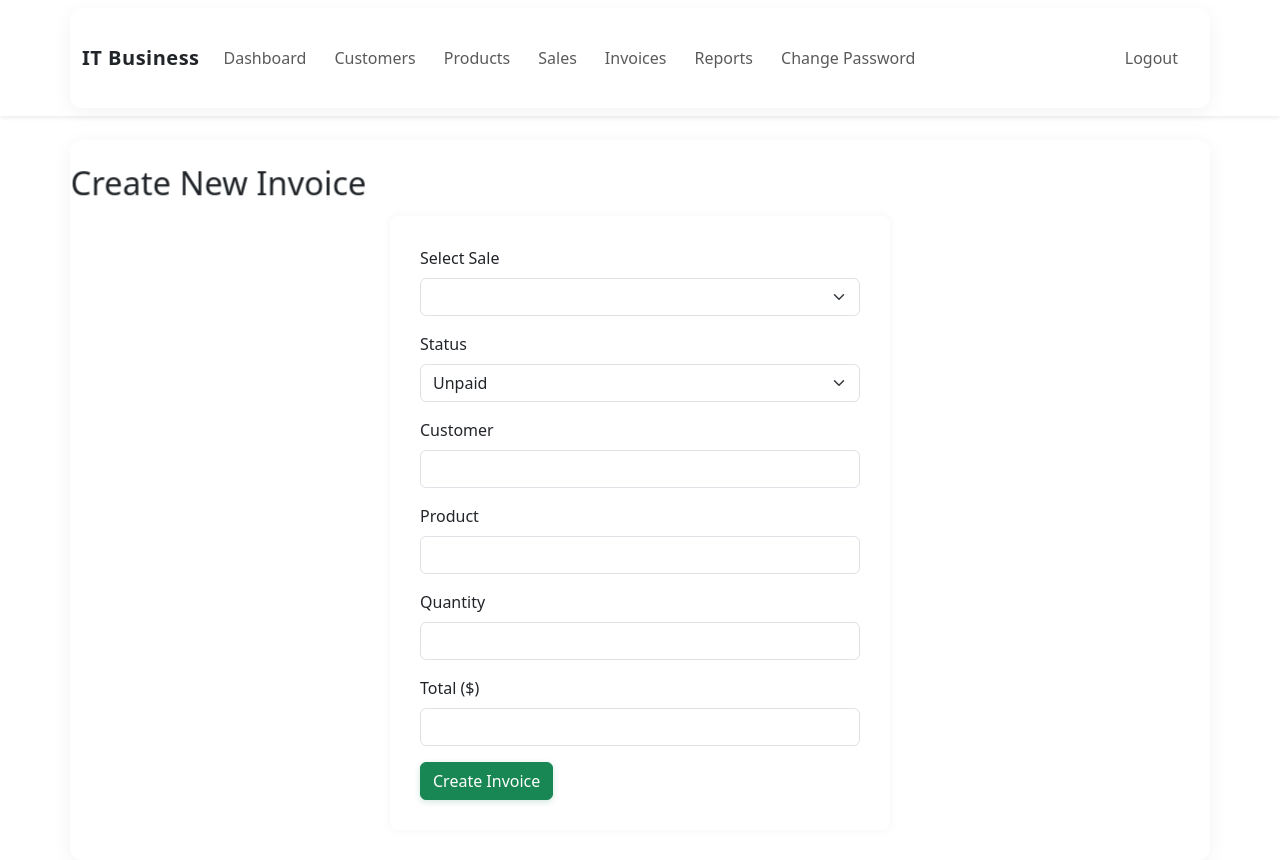
Repository: asmsaifulislam/it_business
Page: http://localhost/create_invoice
The author's editor kept a copy of each file at every save. The page is drawn from the files as they stood at one save, then again after a run of saves.
The browser window is 1280 px wide. The pictures show the whole page.
The page is served by the project's application, run on Flask 3 (app.py). The session is filled in as if someone had signed in: {"user_id": 1}. Queries for data that is not in the repository find no rows.

Above is the page before, as saved 2025-09-07 23:58:03.

### templates/create_invoice.html
{% extends 'base.html' %}
{% block content %}
<h2>Create New Invoice</h2>
<form method="POST">
    {{ form.hidden_tag() }}

    <!-- Sale Selection -->
    <div class="mb-3">
        {{ form.sale_id.label(class="form-label") }}
        {{ form.sale_id(class="form-select") }}
    </div>

    <!-- Status Selection -->
    <div class="mb-3">
        {{ form.status.label(class="form-label") }}
        {{ form.status(class="form-select") }}
    </div>

    <!-- Auto-filled fields (read-only) -->
    <div class="mb-3">
        <label class="form-label">Customer</label>
        <input type="text" class="form-control" id="customer" readonly>
    </div>
    <div class="mb-3">
        <label class="form-label">Product</label>
        <input type="text" class="form-control" id="product" readonly>
    </div>
    <div class="mb-3">
        <label class="form-label">Quantity</label>
        <input type="text" class="form-control" id="quantity" readonly>
    </div>
    <div class="mb-3">
        <label class="form-label">Total ($)</label>
        <input type="text" class="form-control" id="total" readonly>
    </div>

    {{ form.submit(class="btn btn-success") }}
</form>

<script>
const sales = {{ sales|tojson }};
const saleSelect = document.querySelector('select[name="sale_id"]');

function updateFields() {
    const saleId = parseInt(saleSelect.value);
    const sale = sales.find(s => s.id === saleId);
    if (sale) {
        document.getElementById('customer').value = sale.customer_name;
        document.getElementById('product').value = sale.product_name;
        document.getElementById('quantity').value = sale.quantity;
        document.getElementById('total').value = sale.total.toFixed(2);
    }
}

saleSelect.addEventListener('change', updateFields);
window.addEventListener('load', updateFields);
</script>
{% endblock %}

### templates/base.html
<!DOCTYPE html>
<html lang="en">
<head>
    <meta charset="UTF-8">
    <title>IT Business Management Tool</title>
    <meta name="viewport" content="width=device-width, initial-scale=1">

    <!-- Custom Styles -->
    <link rel="stylesheet" href="{{ url_for('static', filename='style.css') }}">

    <!-- Bootstrap CSS -->
    <link href="https://cdn.jsdelivr.net/npm/bootstrap@5.3.0/dist/css/bootstrap.min.css" rel="stylesheet">
</head>
<body>
    <!-- Navbar -->
    <nav class="navbar navbar-expand-lg shadow-sm mb-4" style="background-color: #ffffff;">
        <div class="container">
            <a class="navbar-brand text-dark" href="{{ url_for('dashboard') }}">IT Business</a>
            <button class="navbar-toggler" type="button" data-bs-toggle="collapse" data-bs-target="#navbarNav">
                <span class="navbar-toggler-icon"></span>
            </button>
            <div class="collapse navbar-collapse justify-content-between" id="navbarNav">
                <ul class="navbar-nav">
                    <li class="nav-item"><a class="nav-link" href="{{ url_for('dashboard') }}">Dashboard</a></li>
                    <li class="nav-item"><a class="nav-link" href="{{ url_for('customers') }}">Customers</a></li>
                    <li class="nav-item"><a class="nav-link" href="{{ url_for('products') }}">Products</a></li>
                    <li class="nav-item"><a class="nav-link" href="{{ url_for('sales') }}">Sales</a></li>
                    <li class="nav-item"><a class="nav-link" href="{{ url_for('invoice') }}">Invoices</a></li>
                    <li class="nav-item"><a class="nav-link" href="{{ url_for('reports') }}">Reports</a></li>
                    <li class="nav-item"><a class="nav-link" href="{{ url_for('change_password') }}">Change Password</a></li>
                </ul>
                <ul class="navbar-nav">
                    {% if session.get('user_id') %}
                        <li class="nav-item"><a class="nav-link" href="{{ url_for('logout') }}">Logout</a></li>
                    {% else %}
                        <li class="nav-item"><a class="nav-link" href="{{ url_for('login') }}">Login</a></li>
                    {% endif %}
                </ul>
            </div>
        </div>
    </nav>

    <!-- Flash Messages -->
    <div class="container">
        {% with messages = get_flashed_messages() %}
            {% if messages %}
                <div class="alert alert-warning text-center fade-in">
                    {% for message in messages %}
                        <div>{{ message }}</div>
                    {% endfor %}
                </div>
            {% endif %}
        {% endwith %}

        <!-- Page Content -->
        {% block content %}{% endblock %}
    </div>

    <!-- Bootstrap JS -->
    <script src="https://cdn.jsdelivr.net/npm/bootstrap@5.3.0/dist/js/bootstrap.bundle.min.js"></script>
</body>
</html>

### forms.py
from flask_wtf import FlaskForm
from wtforms import StringField, PasswordField, FloatField, IntegerField, SubmitField, SelectField, DateField
from wtforms.validators import DataRequired, Email, Length, EqualTo
from flask_wtf import FlaskForm
from wtforms import SelectField, SubmitField
from wtforms.validators import DataRequired

# -------------------- Login Form --------------------
class LoginForm(FlaskForm):
    username = StringField('Username', validators=[DataRequired(), Length(min=3)])
    password = PasswordField('Password', validators=[DataRequired()])
    submit = SubmitField('Login')


# -------------------- Customer Form --------------------
class CustomerForm(FlaskForm):
    name = StringField('Customer Name', validators=[DataRequired()], render_kw={"placeholder": "Enter full name"})
    email = StringField('Email Address', validators=[DataRequired(), Email()], render_kw={"placeholder": "Enter email"})
    mobile = StringField('Mobile Number', validators=[DataRequired(), Length(min=6, max=20)], render_kw={"placeholder": "Enter mobile number"})
    submit = SubmitField('Add Customer')


# -------------------- Product Form --------------------
class ProductForm(FlaskForm):
    name = StringField('Product Name', validators=[DataRequired()])
    price = FloatField('Price', validators=[DataRequired()])
    stock = IntegerField('Quantity', validators=[DataRequired()])
    onboard_date = DateField('Onboard Date', format='%Y-%m-%d', validators=[DataRequired()])
    submit = SubmitField('Add Product')


# -------------------- Sale Form --------------------
class SaleForm(FlaskForm):
    customer_id = SelectField('Select Customer', coerce=int, validators=[DataRequired()])
    product_id = SelectField('Select Product', coerce=int, validators=[DataRequired()])
    quantity = IntegerField('Quantity', validators=[DataRequired()])
    submit = SubmitField('Record Sale')


# -------------------- Invoice Form (Updated) --------------------
class InvoiceForm(FlaskForm):
    sale_id = SelectField('Select Sale', coerce=int, validators=[DataRequired()])
    status = SelectField('Status', choices=[('Unpaid','Unpaid'), ('Paid','Paid')], validators=[DataRequired()])
    submit = SubmitField('Create Invoice')


# -------------------- Change Password Form --------------------
class ChangePasswordForm(FlaskForm):
    current_password = PasswordField('Current Password', validators=[DataRequired()])
    new_password = PasswordField('New Password', validators=[DataRequired()])
    confirm_password = PasswordField('Confirm New Password', validators=[DataRequired(), EqualTo('new_password', message='Passwords must match')])
    submit = SubmitField('Change Password')


# -------------------- Update Account Form --------------------
class UpdateAccountForm(FlaskForm):
    username = StringField('New Username', validators=[DataRequired(), Length(min=3)])
    current_password = PasswordField('Current Password', validators=[DataRequired()])
    new_password = PasswordField('New Password', validators=[DataRequired()])
    confirm_password = PasswordField('Confirm New Password', validators=[DataRequired(), EqualTo('new_password', message='Passwords must match')])
    submit = SubmitField('Update Account')

### static/style.css
/* Base Reset */
body {
    margin: 0;
    padding: 0;
    font-family: 'Segoe UI', Tahoma, Geneva, Verdana, sans-serif;
    background-color: #f4f6f9;
    color: #212529;
    text-align: center;
}

/* Navbar */
nav.navbar {
    background-color: #ffffff;
    box-shadow: 0 2px 4px rgba(0, 0, 0, 0.1);
    transition: box-shadow 0.3s ease;
}

nav.navbar:hover {
    box-shadow: 0 4px 12px rgba(0, 0, 0, 0.15);
}

.navbar-brand {
    font-weight: bold;
    font-size: 1.5rem;
    letter-spacing: 0.5px;
    color: #2c3e50;
}

.nav-link {
    font-size: 1rem;
    margin-right: 12px;
    position: relative;
    color: #2c3e50;
    transition: color 0.3s ease;
}

.nav-link::after {
    content: '';
    position: absolute;
    left: 0;
    bottom: -4px;
    width: 0%;
    height: 2px;
    background-color: #198754;
    transition: width 0.3s ease;
}

.nav-link:hover {
    color: #198754;
}

.nav-link:hover::after {
    width: 100%;
}

/* Container */
.container {
    padding: 30px 20px;
    max-width: 960px;
    margin: 0 auto;
    background-color: #ffffff;
    border-radius: 12px;
    box-shadow: 0 4px 20px rgba(0, 0, 0, 0.05);
    transform-style: preserve-3d;
    perspective: 1000px;
    animation: fadeInUp 0.6s ease forwards;
}

/* Headings */
h2 {
    font-weight: 600;
    color: #2c3e50;
    margin-bottom: 30px;
    transform: translateZ(20px);
}

/* Tables */
table {
    font-size: 0.95rem;
    margin: 0 auto;
    width: 100%;
    max-width: 800px;
    border-collapse: collapse;
    transition: transform 0.3s ease;
}

.table th {
    background-color: #2c3e50;
    color: white;
    text-align: center;
    padding: 12px;
}

.table td {
    vertical-align: middle;
    text-align: center;
    padding: 10px;
    background-color: #ffffff;
}

.table tbody tr {
    transition: background-color 0.3s ease, transform 0.3s ease;
}

.table tbody tr:hover {
    background-color: #f0f8ff;
    transform: scale(1.01) translateZ(10px);
}

/* Buttons */
.btn {
    font-weight: 500;
    padding: 10px 18px;
    border-radius: 6px;
    font-size: 0.95rem;
    background-color: #198754;
    color: white;
    transition: all 0.3s ease;
    box-shadow: 0 2px 6px rgba(25, 135, 84, 0.2);
}

.btn:hover {
    transform: translateY(-2px) scale(1.05);
    box-shadow: 0 6px 16px rgba(25, 135, 84, 0.3);
    background-color: #157347;
}

/* Cards */
.card {
    box-shadow: 0 2px 8px rgba(0, 0, 0, 0.08);
    border: none;
    text-align: center;
    border-radius: 8px;
    transition: transform 0.3s ease, box-shadow 0.3s ease;
}

.card:hover {
    transform: rotateX(3deg) rotateY(3deg);
    box-shadow: 0 6px 16px rgba(0, 0, 0, 0.1);
}

.card-header {
    font-weight: 600;
    font-size: 1.1rem;
}

/* Alerts */
.alert {
    font-size: 0.9rem;
    max-width: 600px;
    margin: 0 auto 20px;
    animation: fadeInUp 0.5s ease forwards;
}

/* Forms */
form {
    max-width: 500px;
    margin: 0 auto;
    text-align: left;
    background-color: #ffffff;
    padding: 30px;
    border-radius: 8px;
    box-shadow: 0 0 10px rgba(0, 0, 0, 0.05);
    animation: fadeInUp 0.6s ease forwards;
}

.form-label {
    font-weight: 500;
    margin-bottom: 6px;
}

.form-control {
    border-radius: 4px;
    font-size: 0.95rem;
    padding: 10px;
    margin-bottom: 15px;
    transition: box-shadow 0.3s ease;
}

.form-control:focus {
    box-shadow: 0 0 8px rgba(25, 135, 84, 0.3);
    border-color: #198754;
}

/* Badges */
.badge {
    font-size: 0.85rem;
    padding: 6px 10px;
    border-radius: 4px;
}

/* Animations */
@keyframes fadeInUp {
    from {
        opacity: 0;
        transform: translateY(20px);
    }
    to {
        opacity: 1;
        transform: translateY(0);
    }
}

/* Responsive Enhancements */
@media (max-width: 768px) {
    .container {
        padding: 20px 10px;
    }

    form {
        padding: 20px;
    }

    .btn {
        width: 100%;
    }

    h2 {
        font-size: 1.4rem;
    }
}

Loaded but not shown: app.py (351 lines, source omitted)

After the next 2 saves:
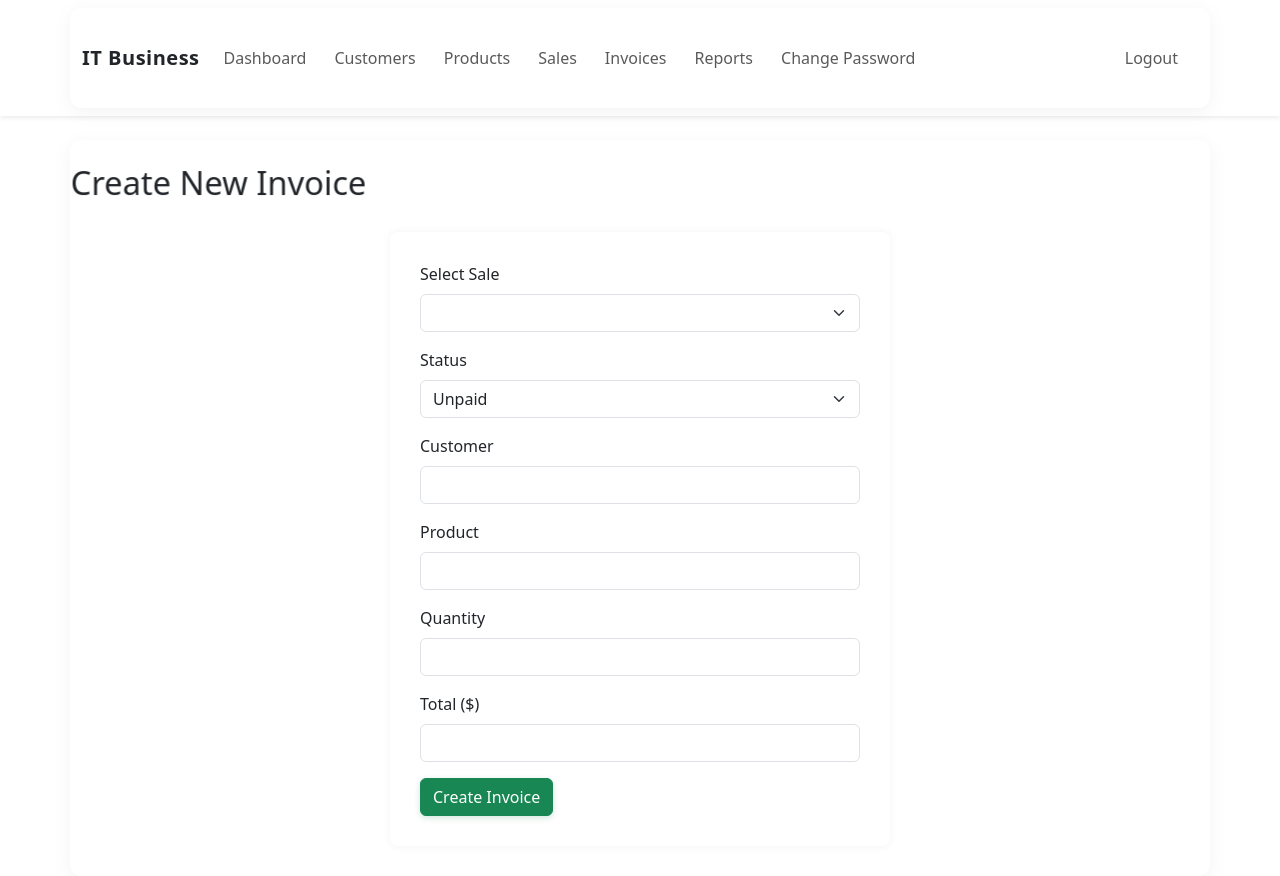
The 2 saves are shown as one change because they came seconds apart.
The last was saved 83 s later.
--- a/templates/create_invoice.html
+++ b/templates/create_invoice.html
@@ -1,17 +1,18 @@
 {% extends 'base.html' %}
+
 {% block content %}
-<h2>Create New Invoice</h2>
+<h2 class="mb-4">Create New Invoice</h2>
 <form method="POST">
     {{ form.hidden_tag() }}
 
     <!-- Sale Selection -->
-    <div class="mb-3">
+    <div class="mb-3 text-start">
         {{ form.sale_id.label(class="form-label") }}
         {{ form.sale_id(class="form-select") }}
     </div>
 
     <!-- Status Selection -->
-    <div class="mb-3">
+    <div class="mb-3 text-start">
         {{ form.status.label(class="form-label") }}
         {{ form.status(class="form-select") }}
     </div>
@@ -37,6 +38,7 @@
     {{ form.submit(class="btn btn-success") }}
 </form>
 
+<!-- ------------- Add JS here ------------- -->
 <script>
 const sales = {{ sales|tojson }};
 const saleSelect = document.querySelector('select[name="sale_id"]');
@@ -45,8 +47,8 @@ function updateFields() {
     const saleId = parseInt(saleSelect.value);
     const sale = sales.find(s => s.id === saleId);
     if (sale) {
-        document.getElementById('customer').value = sale.customer_name;
-        document.getElementById('product').value = sale.product_name;
+        document.getElementById('customer').value = sale.customer;
+        document.getElementById('product').value = sale.product;
         document.getElementById('quantity').value = sale.quantity;
         document.getElementById('total').value = sale.total.toFixed(2);
     }
